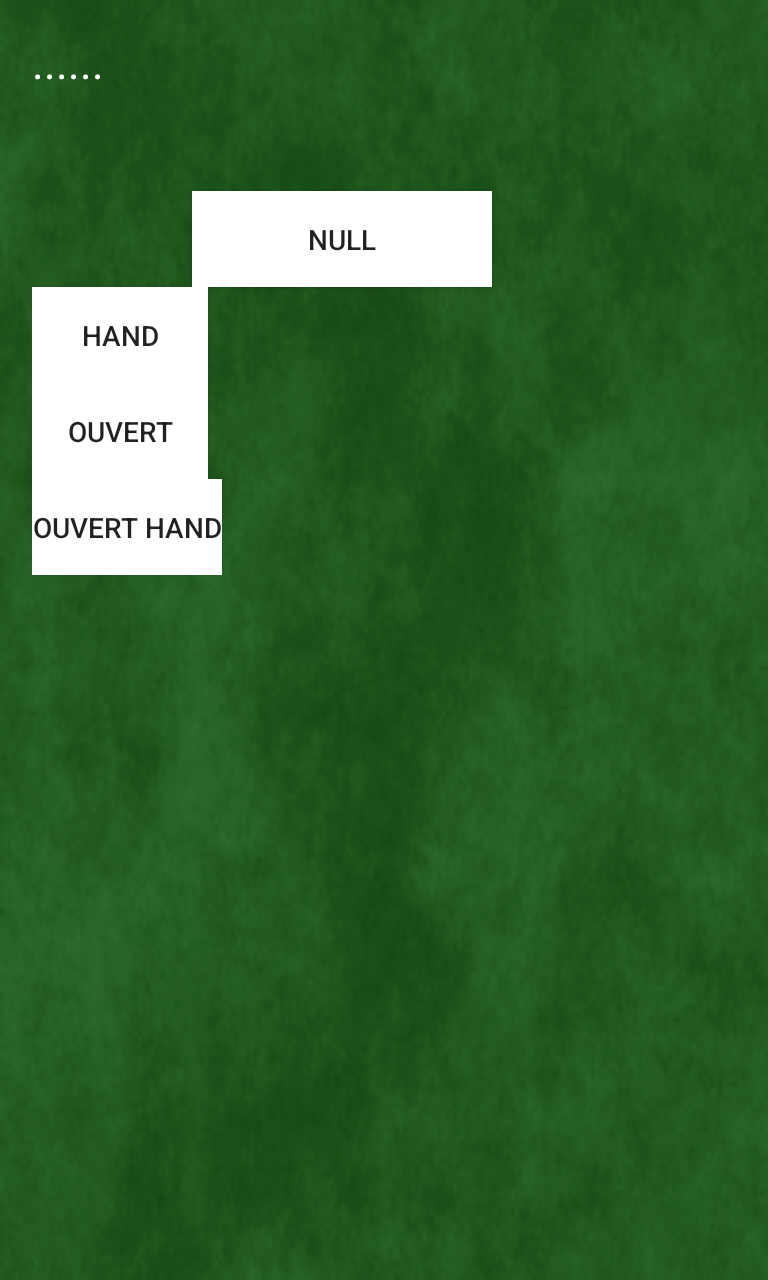
Repository: razinanu/InSy-Skat
Layout: InSy-Skat/res/layout/fragment_null_s.xml
An editor plug-in stored every save of this project. The layout is shown before and after the next save, followed by the edit.
It is drawn on a 768 x 1280 px phone screen (xhdpi) without system bars, with theme AppThemeWithoutActionBarTitle; the app's code is not run.

Above is the layout before, as saved 2014-06-21 19:08:02.

After the next save:
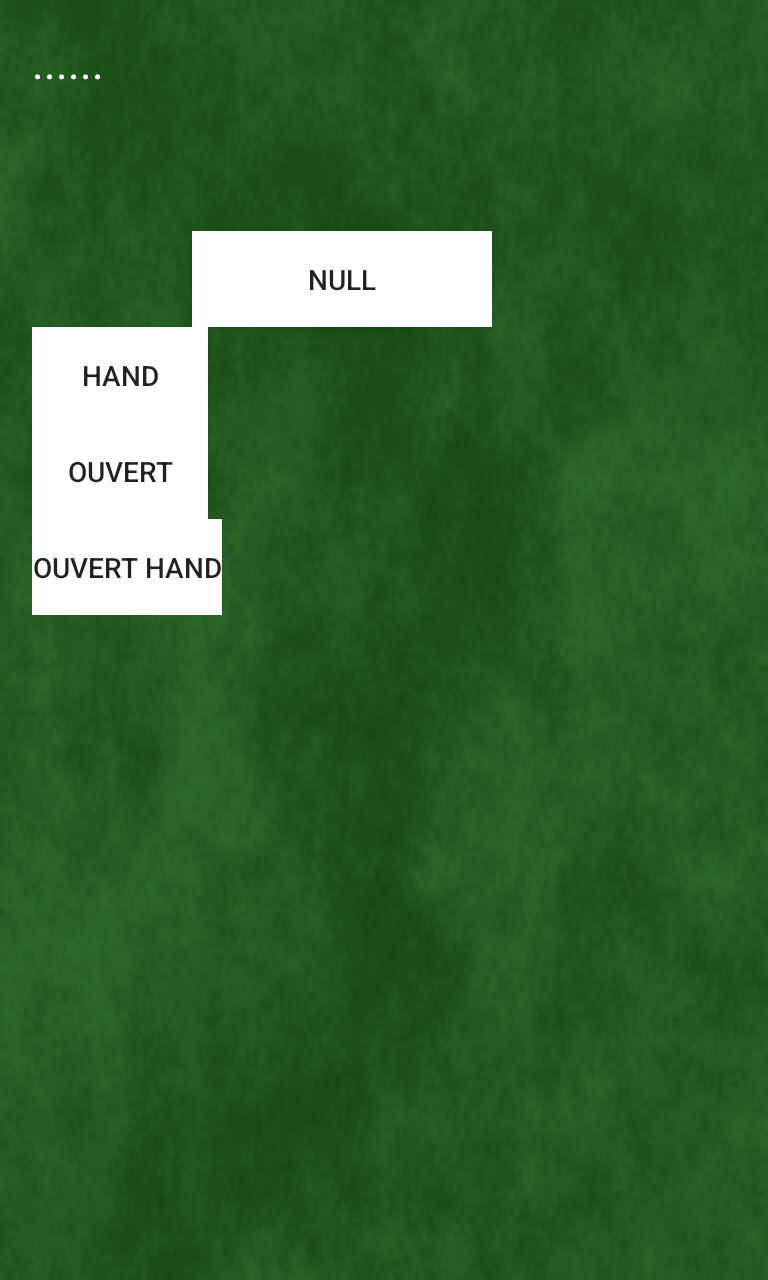
Saved 4 s later.
--- a/InSy-Skat/res/layout/fragment_null_s.xml
+++ b/InSy-Skat/res/layout/fragment_null_s.xml
@@ -29,7 +29,7 @@
                 android:layout_height="wrap_content"
                 android:text="@string/nullString"
                 android:gravity="center"
-                android:layout_marginTop="50dp"
+                android:layout_marginTop="70dp"
                 android:layout_marginLeft="80dp"
                 android:background="#ffffff" />
 
